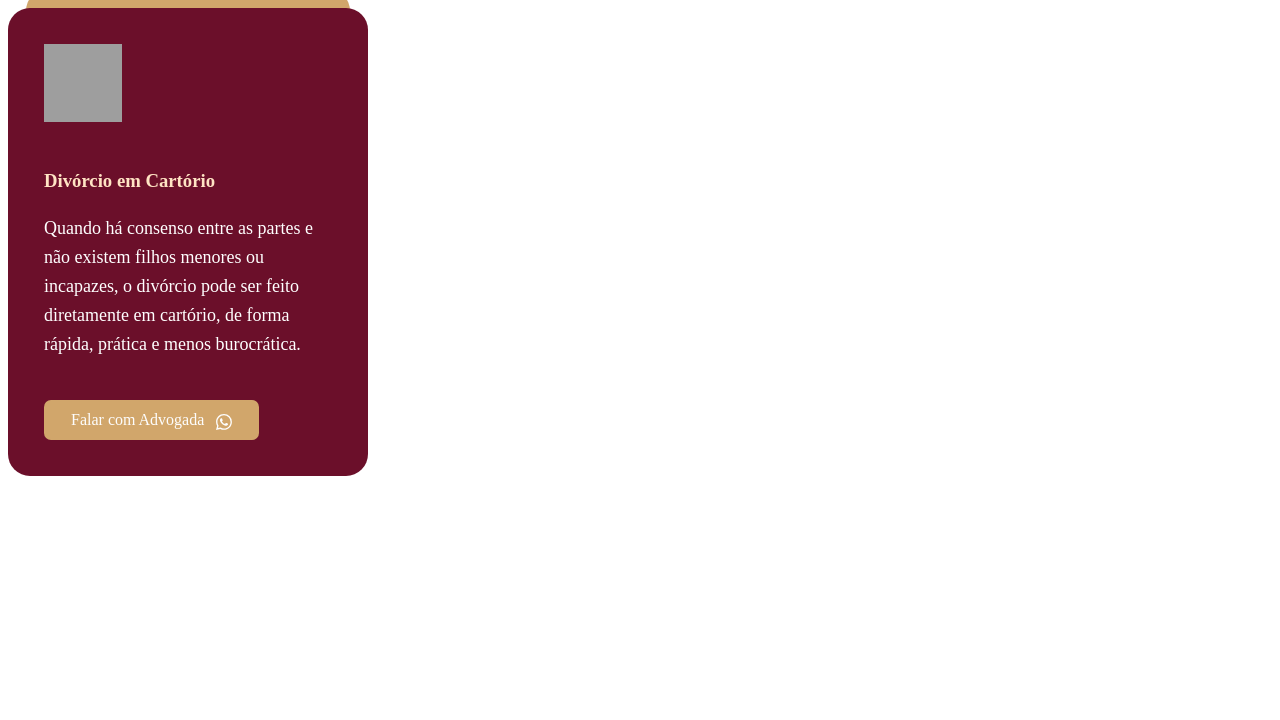
Repository: EmanuelVieiira/landing-page-advocacia
Page: teste.html
The author's editor kept a copy of each file at every save. The page is drawn from the files as they stood at one save, then again after the next save.
The browser window is 1280 px wide. The pictures show the whole page.
Pictures or frames that could not be fetched are drawn as grey boxes.

Above is the page before, as saved 2026-02-04 23:25:44.

After the next save:
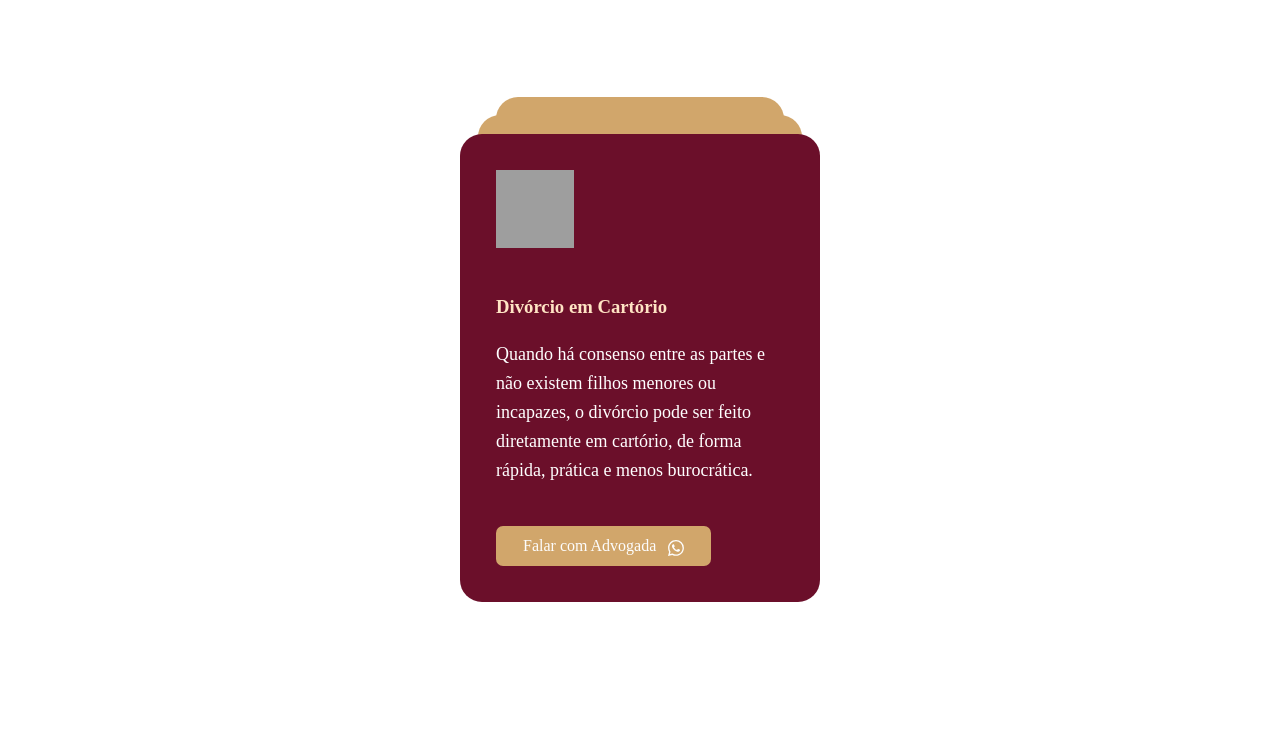
Saved 5 min 15 s later.
--- a/teste.html
+++ b/teste.html
@@ -5,6 +5,13 @@
     <meta name="viewport" content="width=device-width, initial-scale=1.0">
     <title>Document</title>
     <style>
+        body {
+  min-height: 100vh;
+  display: flex;
+  align-items: center;
+  justify-content: center;
+}
+
         .card {
   position: relative;
   display: flex;
